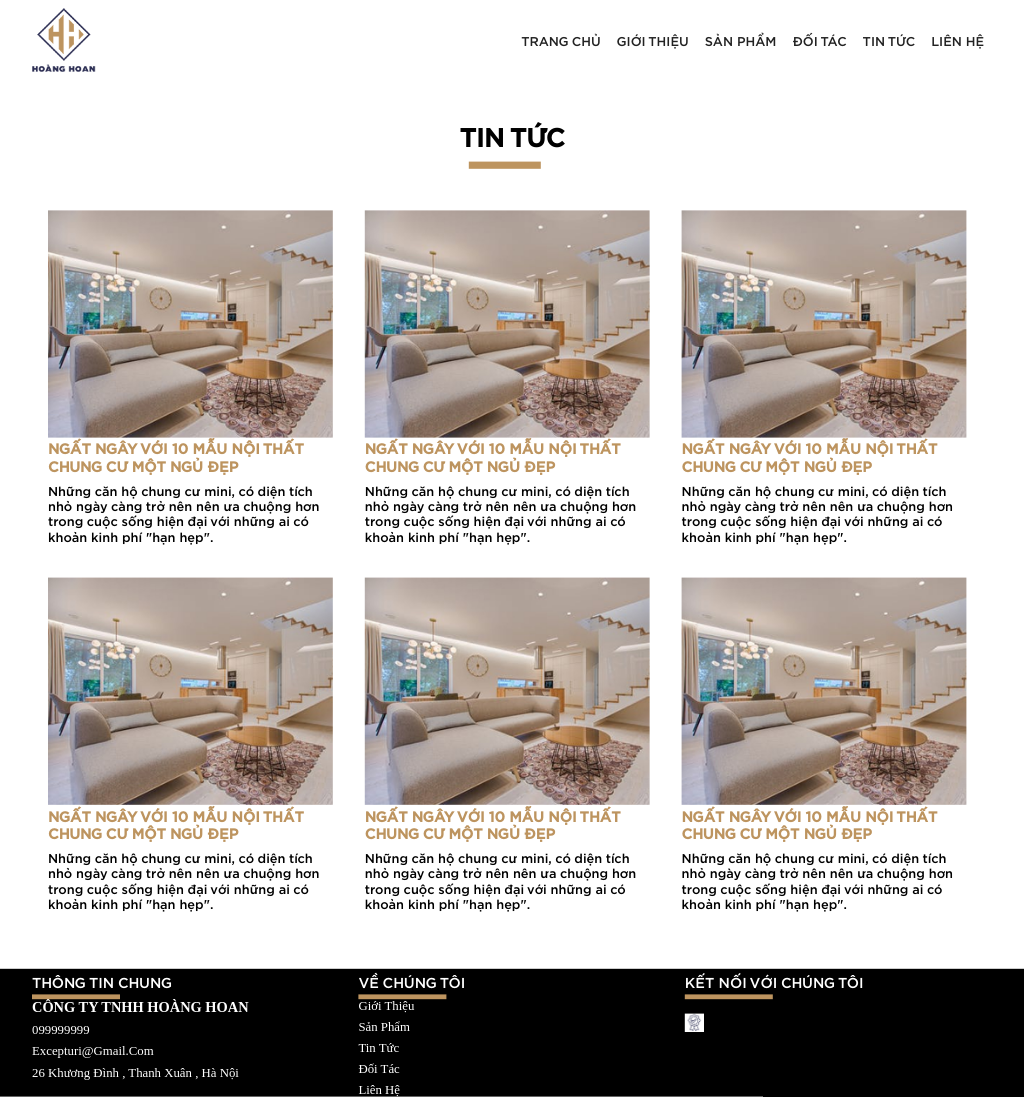
Repository: LDDUNG2003/prj_2
Page: /news
These files come from the project's save history. The page is drawn as it stood at one moment and after the next save; the edit follows.
The browser window is 1280 px wide. The pictures show the whole page, at 80% of full size.
The project was rebuilt for these pictures with package versions that can differ from the ones it lists, and the page was loaded fresh each time. Also part of the build but not shown: src/font-awesome/index.js, src/pages/home/setProductSlick/index.js, src/pages/home/index.js.

Above is the page before, as saved 2023-09-19 10:45:57.

After the next save:
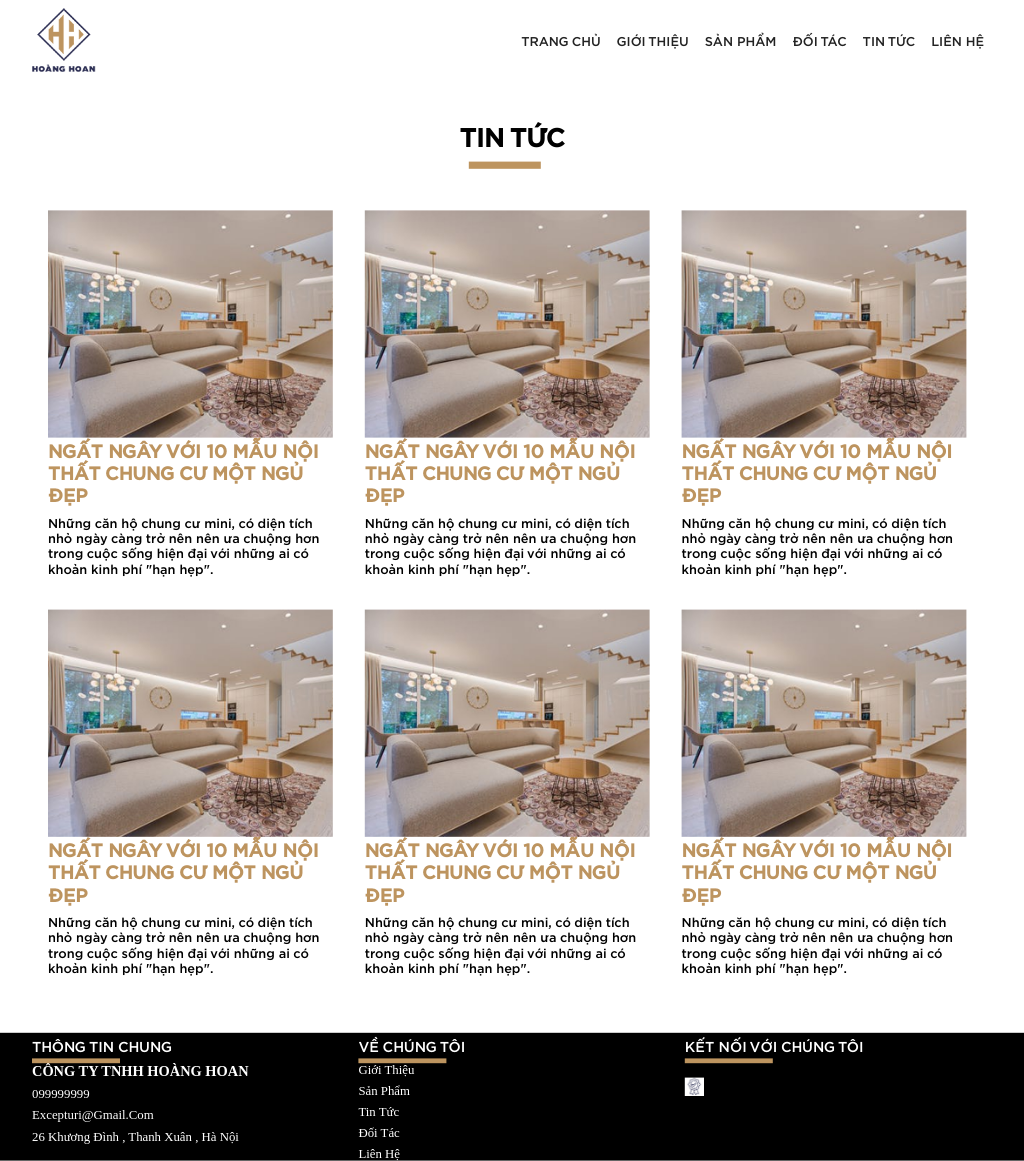
Saved 17 s later.
--- a/src/styles/css/news.css
+++ b/src/styles/css/news.css
@@ -27,7 +27,7 @@
 }
 
 .news--contain-heading {
-    font-size: 18px;
+    font-size: 23px;
     color: var(--primary-color);
     text-transform: uppercase;
 }
